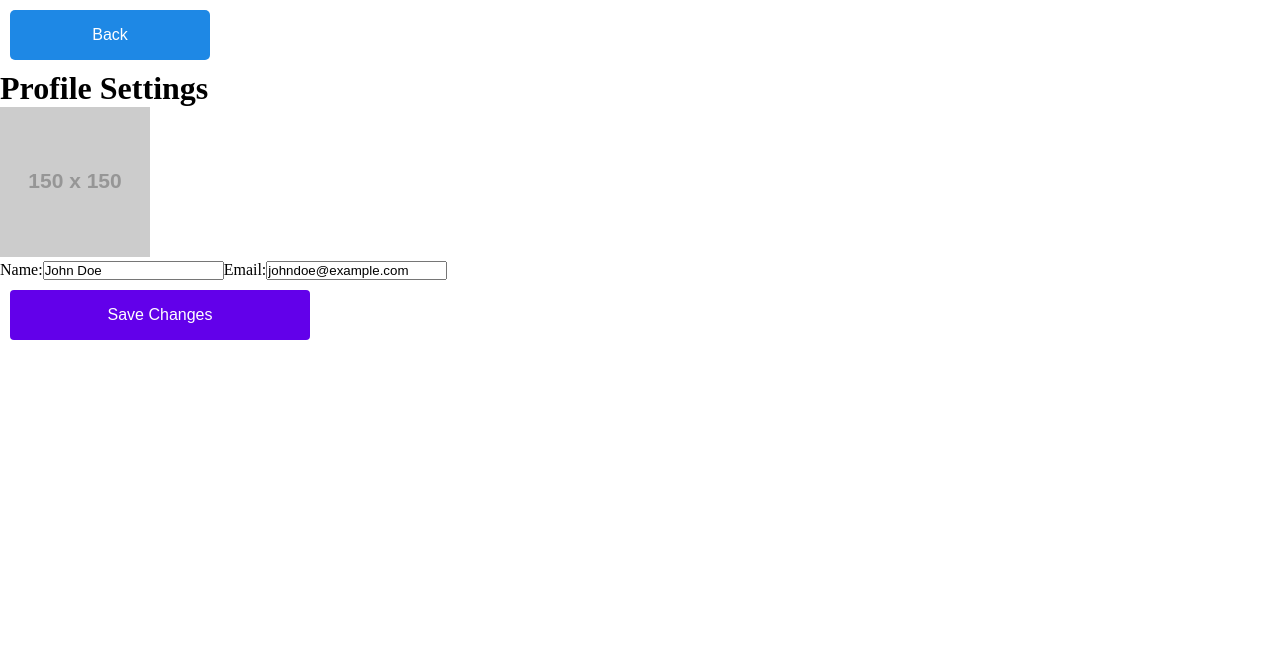
Repository: parnelltse/frontend2-courseproject
Page: /profilesettings
The author's editor kept a copy of each file at every save. The page is drawn from the files as they stood at one save, then again after the next save.
The browser window is 1280 px wide. The pictures show the whole page.
The project was rebuilt for these pictures with package versions that can differ from the ones it lists, and the page was loaded fresh each time. Also part of the build but not shown: vite.config.js, src/pages/landing.jsx, src/pages/home.jsx, src/components/BackButton.jsx, src/pages/gameoptions.jsx, src/pages/appsettings.jsx, src/pages/gamehistory.jsx, src/pages/singleplayer.jsx and 5 more.

Above is the page before, as saved 2024-11-12 19:28:27.

### src/App.jsx
import './App.css';
import { BrowserRouter as Router, Routes, Route } from 'react-router-dom';
import { Landing } from './pages/landing';
import Home from './pages/home';
import Gameoptions from './pages/gameoptions';
import AppSettings from './pages/appsettings';
import ProfileSettings from './pages/profilesettings';
import GameHistory from './pages/gamehistory';
import SinglePlayer from './pages/singleplayer';
import MultiPlayer from './pages/multiplayer';
import ResumeGame from './pages/resumegame';
import SingleGame from './pages/singlegame';
import MultiGame from './pages/multigame';

function App() {
  return (
    <Router>
      <Routes>
        <Route path="/" element={<Landing />} />
        <Route path="/home" element={<Home />} />
        <Route path="/gameoptions" element={<Gameoptions />} />
        <Route path='/appsettings' element={<AppSettings/>} />
        <Route path='/profilesettings' element={<ProfileSettings/>} />
        <Route path='/gamehistory' element={<GameHistory/>} />
        <Route path='/singleplayer' element={<SinglePlayer/>} />
        <Route path='/multiplayer' element={<MultiPlayer/>} />
        <Route path='/resumegame' element={<ResumeGame/>} />
        <Route path="/singlegame" element={<SingleGame />} />
        <Route path="/multigame" element={<MultiGame />} />
      </Routes>
    </Router>
  );
}

export default App;

### src/App.css
/* General Reset */
* {
	margin: 0;
	padding: 0;
	box-sizing: border-box;
}

/* Home page */
.container {
	align-items: center; /* Center the items horizontally */
	justify-content: center; /* Center the items vertically */
	min-height: 100vh; /* Full viewport height */
	background-color: #e3f2fd; /* Light blue background color */
	padding: 20px; /* Padding around content */
	padding-top: 15vh;
}

header {
	text-align: center;
	margin-bottom: 40px; /* Space below header */
	margin: auto;
}

button {
	background-color: #1e88e5; /* Button background color */
	color: white; /* White text color */
	border: none; /* Remove border */
	border-radius: 5px; /* Rounded corners */
	padding: 10px; /* Padding for buttons */
	cursor: pointer; /* Pointer cursor */
	transition: background-color 0.3s; /* Smooth background transition */
	width: 200px; /* Fixed width for all buttons */
	height: 50px; /* Fixed height for all buttons */
	font-size: 1rem; /* Font size for button text */
	margin: 10px; /* Space between buttons */
}

button:hover {
	background-color: #1565c0; /* Darker button color on hover */
}

.button-container {
	display: flex; /* Use flexbox for button alignment */
	flex-direction: column; /* Stack buttons vertically */
	align-items: center; /* Center buttons horizontally */
}

.title {
	font-size: 2.5rem; /* Title font size */
	text-align: center; /* Center the title text */
	margin-bottom: 20px; /* Space below title */
}

.profile-button {
	background-color: #6200ea; /* Primary color */
	color: white; /* White text */
	border: none; /* Remove border */
	border-radius: 5px; /* Rounded corners */
	padding: 10px 20px; /* Button padding */
	font-size: 1.2rem; /* Font size */
	cursor: pointer; /* Pointer cursor on hover */
	transition: background-color 0.3s; /* Smooth background transition */
	width: 155px; /* Ensure the width matches other buttons */
	height: 50px; /* Ensure the height matches other buttons */
	margin-bottom: 20vh;
}

.profile-button:hover {
	background-color: #3700b3; /* Darker shade on hover */
}

.button-container {
	display: flex;
	gap: 20px; /* Space between buttons */
}

.play-button,
.settings-button {
	background-color: #03dac6; /* Secondary color */
	border: none;
	border-radius: 5px;
	padding: 15px 25px; /* Button padding */
	font-size: 1.5rem; /* Font size */
	cursor: pointer; /* Pointer cursor on hover */
	transition: background-color 0.3s; /* Smooth background transition */
	align-items: center;
	text-align: center;
}

.play-button {
	color: rgb(74, 96, 86); /* darker text */
}

.settings-button {
	color: white; /* white text */
}

.play-button:hover {
	background-color: #018786; /* Darker shade on hover */
	color: white; /* white text */
}

.settings-button {
	background-color: #ff5722; /* Different color for settings */
}

.settings-button:hover {
	background-color: #c41c00; /* Darker shade on hover */
}

/* Profile Settings Page */
.profile-settings-container {
	display: flex;
	flex-direction: column;
	align-items: center;
	justify-content: center;
	min-height: 100vh; /* Full viewport height */
	background-color: #f9f9f9; /* Light background color */
	padding: 20px; /* Padding around content */
}

.profile-settings-title {
	font-size: 2.5rem; /* Title font size */
	color: #333; /* Darker text color */
	margin-bottom: 20px; /* Space below title */
}

.submitted-username {
	font-size: 1.5rem; /* Font size for submitted username */
	color: #6200ea; /* Color for submitted username */
	margin-bottom: 20px; /* Space below username display */
}

.profile-settings-form {
	display: flex;
	flex-direction: column;
	align-items: center; /* Center align the form elements */
	margin-bottom: 20px; /* Space below the form */
	width: 100%;
	max-width: 400px;
}

.username-input {
	padding: 10px; /* Padding for input */
	font-size: 1rem; /* Font size for input */
	border: 1px solid #ccc; /* Border for input */
	border-radius: 4px; /* Rounded corners */
	margin-bottom: 10px; /* Space below input */
	width: 100%; /* Full width */
	max-width: 300px; /* Max width for input */
}

.save-button {
	padding: 10px 20px; /* Padding for button */
	background-color: #6200ea; /* Button background color */
	color: white; /* Button text color */
	border: none; /* Remove border */
	border-radius: 4px; /* Rounded corners */
	cursor: pointer; /* Pointer cursor on hover */
	font-size: 1rem; /* Font size for button */
	width: 100%; /* Full width */
	max-width: 300px;
}

.save-button:hover {
	background-color: #3700b3; /* Darker button color on hover */
}

.navigation-buttons {
	display: flex;
	justify-content: space-between;
	width: 100%;
	gap: 10px; /* Space between navigation buttons */
}

.scores-button {
	padding: 10px 20px; /* Padding for button */
	background-color: #03dac6; /* Button background color */
	color: white; /* Button text color */
	border: none; /* Remove border */
	border-radius: 4px; /* Rounded corners */
	cursor: pointer; /* Pointer cursor on hover */
	font-size: 1rem; /* Font size for button */
	width: 48%; /* Make buttons responsive */
	max-width: 150px;
}

.scores-button:hover {
	background-color: #018786; /* Darker button color on hover */
}

/* Game Options */
.game-options-container {
	display: flex;
	flex-direction: column;
	align-items: center;
	justify-content: center;
	min-height: 100vh; /* Full viewport height */
	background-color: #f0f4f8; /* Light background color */
	padding: 20px; /* Padding around content */
}

.game-options-title {
	font-size: 2.5rem; /* Title font size */
	color: #333; /* Darker text color */
	margin-bottom: 40px; /* Space below title */
}

.game-options-buttons {
	display: flex;
	flex-direction: column; /* Arrange buttons vertically */
	gap: 15px; /* Space between buttons */
}

.game-option-button {
	padding: 15px 30px; /* Padding for buttons */
	font-size: 1.2rem; /* Font size for buttons */
	background-color: #6200ea; /* Button background color */
	color: white; /* Button text color */
	border: none; /* Remove border */
	border-radius: 5px; /* Rounded corners */
	cursor: pointer; /* Pointer cursor on hover */
	transition: background-color 0.3s; /* Smooth background transition */
	width: 100%; /* Full width */
	max-width: 300px; /* Max width for buttons */
}

.game-option-button:hover {
	background-color: #3700b3; /* Darker button color on hover */
}

### src/pages/profilesettings.jsx
import React, { useState } from 'react';
import { useNavigate } from 'react-router-dom';


const ProfileSettings = () => {
  // Initial profile information state
  const [profile, setProfile] = useState({
    name: 'John Doe',
    email: 'johndoe@example.com',
    avatar: 'https://via.placeholder.com/150', // Placeholder image
  });

  const navigate = useNavigate();

  // Handle input change
  const handleChange = (e) => {
    const { name, value } = e.target;
    setProfile({
      ...profile,
      [name]: value,
    });
  };

  // Handle the back button click
  const handleBackClick = () => {
    navigate(-1); // Go back to the previous page
  };

  // Handle form submission (or save profile)
  const handleSave = () => {
    alert('Profile saved!');
    // Add actual save logic here (e.g., API call to update profile)
  };

  return (
    <div className="profile-settings">
      <button onClick={handleBackClick} className="back-arrow-button">
        <i className="fas fa-arrow-left"></i> Back
      </button>

      <h1>Profile Settings</h1>

      <div className="profile-info">
        <div className="profile-avatar">
          <img src={profile.avatar} alt="Avatar" width={150} height={150} />
        </div>
        <div className="profile-details">
          <label>
            Name:
            <input
              type="text"
              name="name"
              value={profile.name}
              onChange={handleChange}
            />
          </label>
          <label>
            Email:
            <input
              type="email"
              name="email"
              value={profile.email}
              onChange={handleChange}
            />
          </label>
        </div>
      </div>

      <button className="save-button" onClick={handleSave}>
        Save Changes
      </button>
    </div>
  );
};

export default ProfileSettings;

Loaded but not shown: index.html (common file); src/main.jsx (common file)

After the next save:
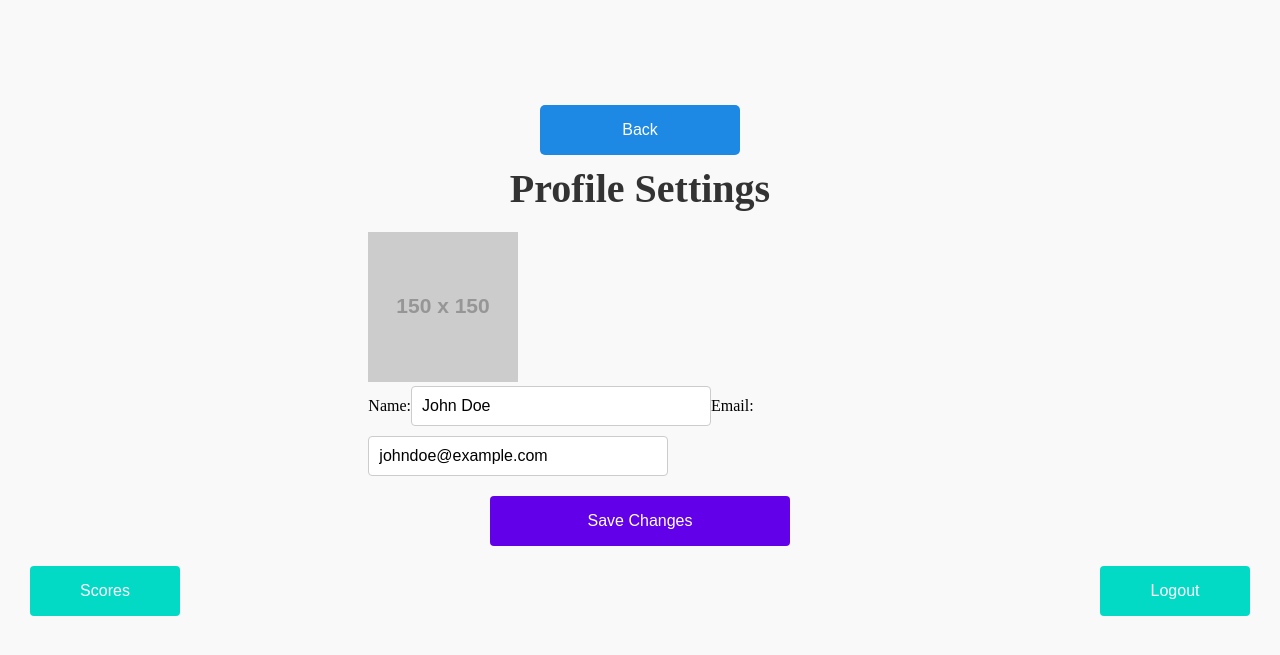
Saved 58 s later.
--- a/src/pages/profilesettings.jsx
+++ b/src/pages/profilesettings.jsx
@@ -1,6 +1,5 @@
 import React, { useState } from 'react';
 import { useNavigate } from 'react-router-dom';
-
 
 const ProfileSettings = () => {
   // Initial profile information state
@@ -33,12 +32,12 @@ const ProfileSettings = () => {
   };
 
   return (
-    <div className="profile-settings">
+    <div className="profile-settings-container">
       <button onClick={handleBackClick} className="back-arrow-button">
         <i className="fas fa-arrow-left"></i> Back
       </button>
 
-      <h1>Profile Settings</h1>
+      <h1 className="profile-settings-title">Profile Settings</h1>
 
       <div className="profile-info">
         <div className="profile-avatar">
@@ -48,6 +47,7 @@ const ProfileSettings = () => {
           <label>
             Name:
             <input
+              className="username-input"
               type="text"
               name="name"
               value={profile.name}
@@ -57,6 +57,7 @@ const ProfileSettings = () => {
           <label>
             Email:
             <input
+              className="username-input"
               type="email"
               name="email"
               value={profile.email}
@@ -69,6 +70,11 @@ const ProfileSettings = () => {
       <button className="save-button" onClick={handleSave}>
         Save Changes
       </button>
+
+      <div className="navigation-buttons">
+        <button className="scores-button">Scores</button>
+        <button className="scores-button">Logout</button>
+      </div>
     </div>
   );
 };
